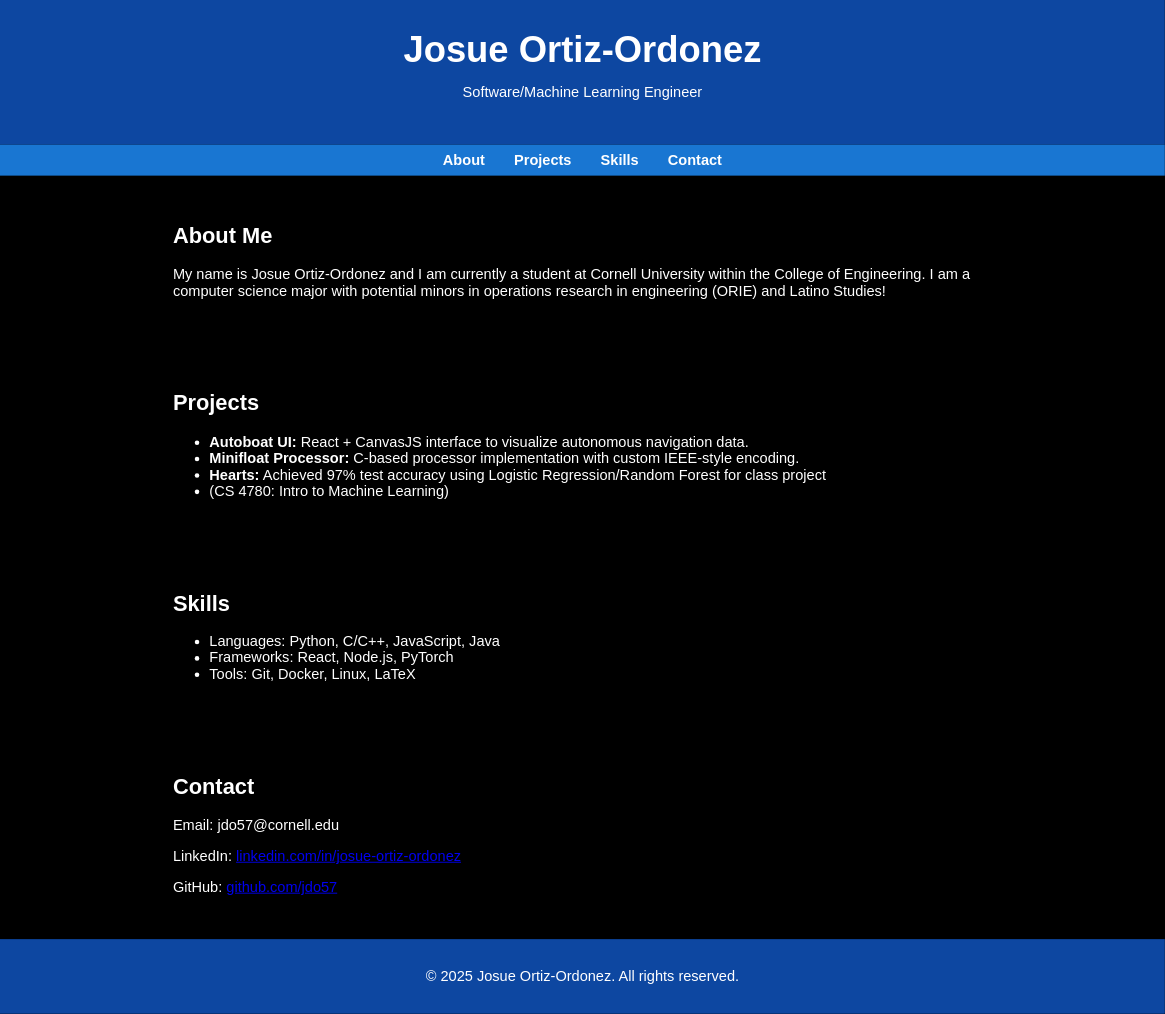
Repository: jdo57/Website
Page: index.html
The author's editor kept a copy of each file at every save. The page is drawn from the files as they stood at one save, then again after a run of saves.
The browser window is 1280 px wide. The pictures show the whole page, at 91% of full size.

Above is the page before, as saved 2025-05-26 01:20:33.

### index.html
<!DOCTYPE html>
<html lang="en">
<head>
  <meta charset="UTF-8" />
  <meta name="viewport" content="width=device-width, initial-scale=1.0" />
  <title>Josue Ortiz-Ordonez | Portfolio</title>
  <style>
    :root {
      --primary-color: #0d47a1;
      --background-color: #000000;
      --text-color: #ffffff;
      --accent-color: #1976d2;
    }

    body {
      margin: 0;
      font-family: Arial, sans-serif;
      background-color: var(--background-color);
      color: var(--text-color);
    }

    header {
      background-color: var(--primary-color);
      padding: 2rem;
      text-align: center;
    }

    header h1 {
      margin: 0;
      font-size: 2.5rem;
    }

    nav {
      display: flex;
      justify-content: center;
      background-color: var(--accent-color);
      padding: 0.5rem;
    }

    nav a {
      margin: 0 1rem;
      color: white;
      text-decoration: none;
      font-weight: bold;
    }

    nav a:hover {
      text-decoration: underline;
    }

    section {
      padding: 2rem;
      max-width: 900px;
      margin: auto;
    }

    footer {
      background-color: var(--primary-color);
      color: white;
      text-align: center;
      padding: 1rem;
      position: relative;
    }

  </style>
</head>
<body>
  <header>
    <h1>Josue Ortiz-Ordonez</h1>
    <p>Software/Machine Learning Engineer</p>
  </header>

  <nav>
    <a href="#about">About</a>
    <a href="#projects">Projects</a>
    <a href="#skills">Skills</a>
    <a href="#contact">Contact</a>
  </nav>

  <section id="about">
    <h2>About Me</h2>
    <p>
      My name is Josue Ortiz-Ordonez and I am currently a student at Cornell University within
      the College of Engineering. I am a computer science major with potential minors in operations
      research in engineering (ORIE) and Latino Studies!
    </p>
  </section>

  <section id="projects">
    <h2>Projects</h2>
    <ul>
      <li><strong>Autoboat UI:</strong> React + CanvasJS interface to visualize autonomous navigation data.</li>
      <li><strong>Minifloat Processor:</strong> C-based processor implementation with custom IEEE-style encoding.</li>
      <li><strong>Hearts:</strong> Achieved 97% test accuracy using Logistic Regression/Random Forest for
      class project </li>
     <li> (CS 4780: Intro to Machine Learning) </li>
    </ul>
  </section>

  <section id="skills">
    <h2>Skills</h2>
    <ul>
      <li>Languages: Python, C/C++, JavaScript, Java</li>
      <li>Frameworks: React, Node.js, PyTorch</li>
      <li>Tools: Git, Docker, Linux, LaTeX</li>
    </ul>
  </section>

  <section id="contact">
    <h2>Contact</h2>
    <p>Email: jdo57@cornell.edu</p>
    <p>LinkedIn: <a href="https://www.linkedin.com/in/josue-ortiz-ordonez/" target="_blank">linkedin.com/in/josue-ortiz-ordonez</a></p>
    <p>GitHub: <a href="https://github.com/jdo57" target="_blank">github.com/jdo57</a></p>
  </section>

  <footer>
    <p>&copy; 2025 Josue Ortiz-Ordonez. All rights reserved.</p>
  </footer>
</body>
</html>

After the next 2 saves:
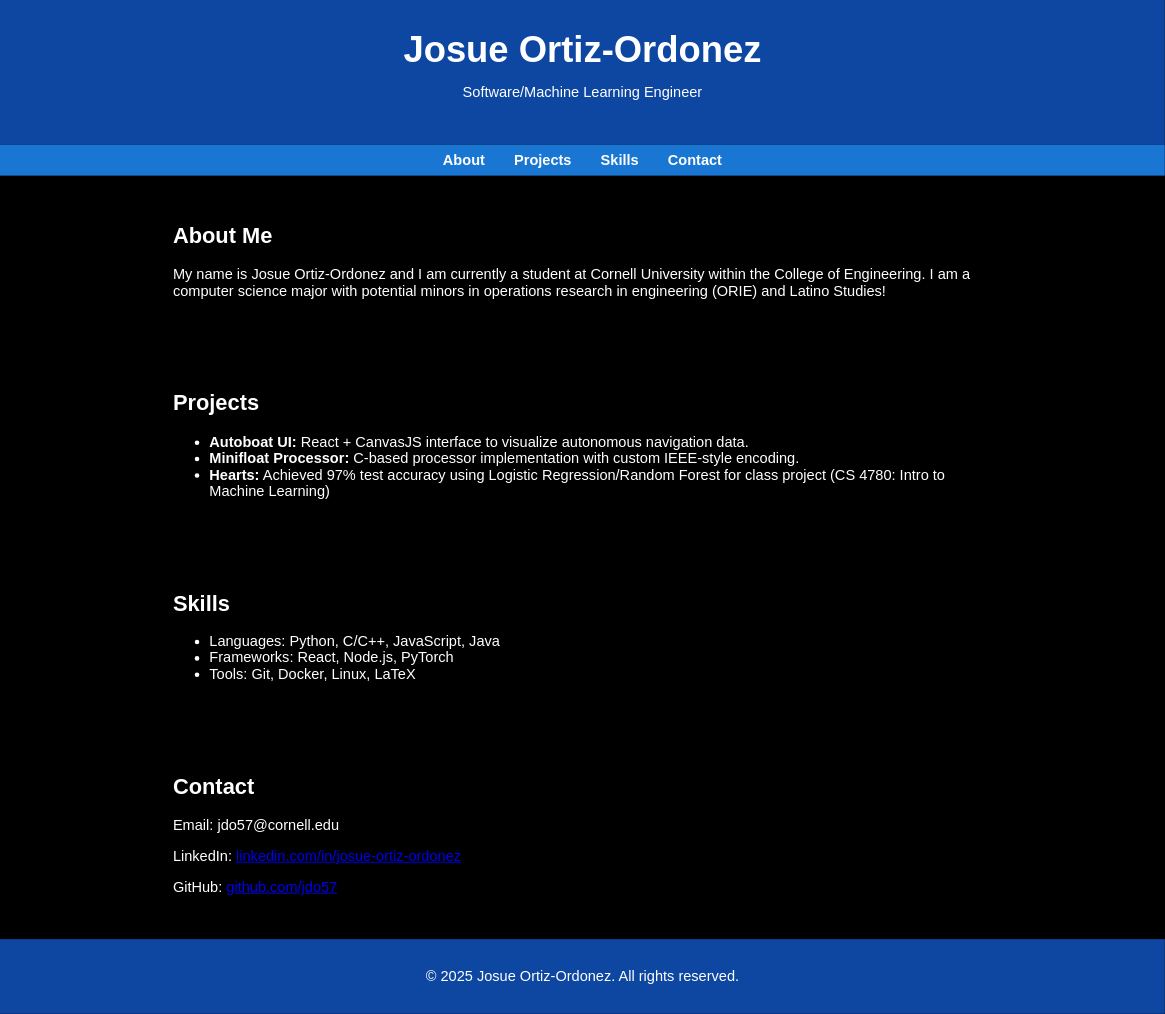
The 2 saves are shown as one change because they came seconds apart.
The last was saved 15 s later.
--- a/index.html
+++ b/index.html
@@ -92,8 +92,8 @@
       <li><strong>Autoboat UI:</strong> React + CanvasJS interface to visualize autonomous navigation data.</li>
       <li><strong>Minifloat Processor:</strong> C-based processor implementation with custom IEEE-style encoding.</li>
       <li><strong>Hearts:</strong> Achieved 97% test accuracy using Logistic Regression/Random Forest for
-      class project </li>
-     <li> (CS 4780: Intro to Machine Learning) </li>
+      class project (CS 4780: Intro to Machine Learning)</li>
+
     </ul>
   </section>
 
